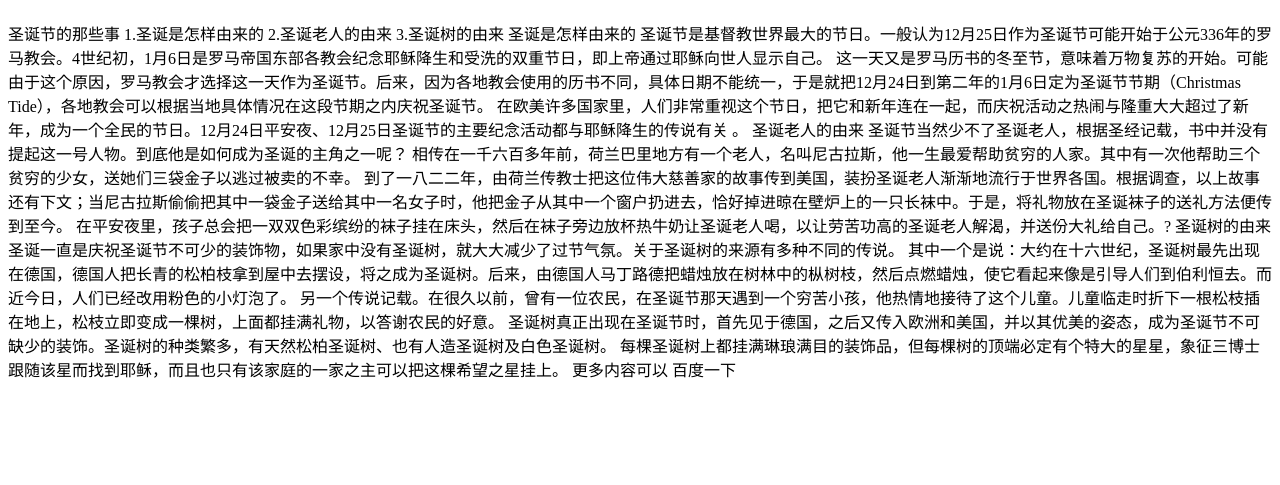
Repository: 129021/Front-end-learning
Page: 17-综合案例/demo.html
These files come from the project's save history. The page is drawn as it stood at one moment and after a run of saves; the edit follows.
The browser window is 1280 px wide. The pictures show the whole page.

Above is the page before, as saved 2021-10-15 16:44:20.

### 17-综合案例/demo.html
<!DOCTYPE html>
<html lang="en">

<head>
    <meta charset="UTF-8">
    <meta http-equiv="X-UA-Compatible" content="IE=edge">
    <meta name="viewport" content="width=device-width, initial-scale=1.0">
    <title>Document</title>
</head>

<body>
    <h1></h1>
    圣诞节的那些事 1.圣诞是怎样由来的 2.圣诞老人的由来 3.圣诞树的由来 圣诞是怎样由来的 圣诞节是基督教世界最大的节日。一般认为12月25日作为圣诞节可能开始于公元336年的罗马教会。4世纪初，1月6日是罗马帝国东部各教会纪念耶稣降生和受洗的双重节日，即上帝通过耶稣向世人显示自己。 这一天又是罗马历书的冬至节，意味着万物复苏的开始。可能由于这个原因，罗马教会才选择这一天作为圣诞节。后来，因为各地教会使用的历书不同，具体日期不能统一，于是就把12月24日到第二年的1月6日定为圣诞节节期（Christmas
    Tide），各地教会可以根据当地具体情况在这段节期之内庆祝圣诞节。 在欧美许多国家里，人们非常重视这个节日，把它和新年连在一起，而庆祝活动之热闹与隆重大大超过了新年，成为一个全民的节日。12月24日平安夜、12月25日圣诞节的主要纪念活动都与耶稣降生的传说有关 。 圣诞老人的由来 圣诞节当然少不了圣诞老人，根据圣经记载，书中并没有提起这一号人物。到底他是如何成为圣诞的主角之一呢？ 相传在一千六百多年前，荷兰巴里地方有一个老人，名叫尼古拉斯，他一生最爱帮助贫穷的人家。其中有一次他帮助三个贫穷的少女，送她们三袋金子以逃过被卖的不幸。
    到了一八二二年，由荷兰传教士把这位伟大慈善家的故事传到美国，装扮圣诞老人渐渐地流行于世界各国。根据调查，以上故事还有下文；当尼古拉斯偷偷把其中一袋金子送给其中一名女子时，他把金子从其中一个窗户扔进去，恰好掉进晾在壁炉上的一只长袜中。于是，将礼物放在圣诞袜子的送礼方法便传到至今。 在平安夜里，孩子总会把一双双色彩缤纷的袜子挂在床头，然后在袜子旁边放杯热牛奶让圣诞老人喝，以让劳苦功高的圣诞老人解渴，并送份大礼给自己。? 圣诞树的由来 圣诞一直是庆祝圣诞节不可少的装饰物，如果家中没有圣诞树，就大大减少了过节气氛。关于圣诞树的来源有多种不同的传说。
    其中一个是说：大约在十六世纪，圣诞树最先出现在德国，德国人把长青的松柏枝拿到屋中去摆设，将之成为圣诞树。后来，由德国人马丁路德把蜡烛放在树林中的枞树枝，然后点燃蜡烛，使它看起来像是引导人们到伯利恒去。而近今日，人们已经改用粉色的小灯泡了。 另一个传说记载。在很久以前，曾有一位农民，在圣诞节那天遇到一个穷苦小孩，他热情地接待了这个儿童。儿童临走时折下一根松枝插在地上，松枝立即变成一棵树，上面都挂满礼物，以答谢农民的好意。 圣诞树真正出现在圣诞节时，首先见于德国，之后又传入欧洲和美国，并以其优美的姿态，成为圣诞节不可缺少的装饰。圣诞树的种类繁多，有天然松柏圣诞树、也有人造圣诞树及白色圣诞树。
    每棵圣诞树上都挂满琳琅满目的装饰品，但每棵树的顶端必定有个特大的星星，象征三博士跟随该星而找到耶稣，而且也只有该家庭的一家之主可以把这棵希望之星挂上。 更多内容可以 百度一下
</body>

</html>

After the next 2 saves:
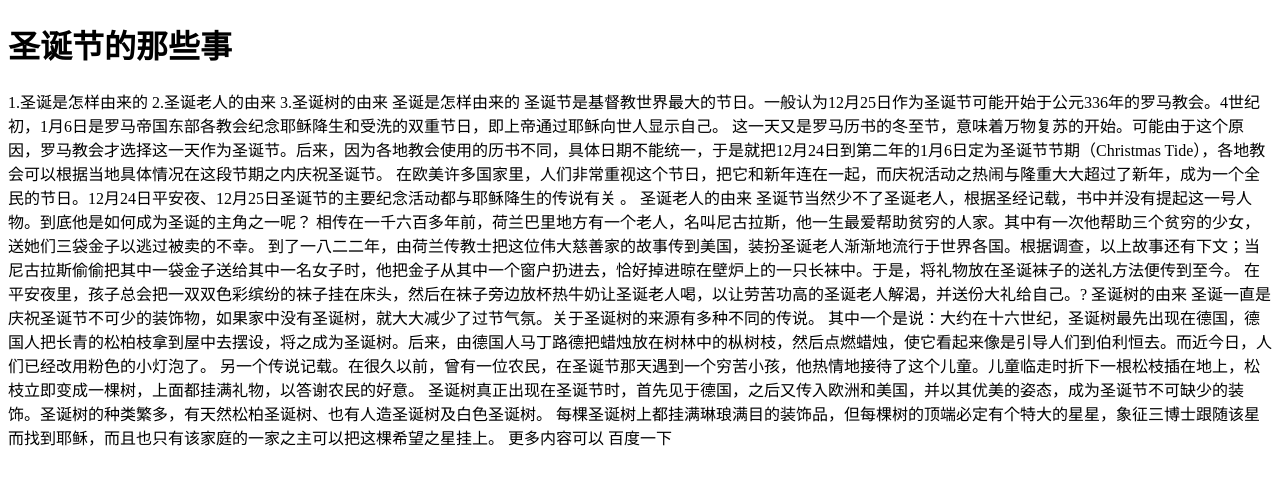
The 2 saves are shown as one change because they came seconds apart.
The last was saved 11 s later.
--- a/17-综合案例/demo.html
+++ b/17-综合案例/demo.html
@@ -9,12 +9,12 @@
 </head>
 
 <body>
-    <h1></h1>
-    圣诞节的那些事 1.圣诞是怎样由来的 2.圣诞老人的由来 3.圣诞树的由来 圣诞是怎样由来的 圣诞节是基督教世界最大的节日。一般认为12月25日作为圣诞节可能开始于公元336年的罗马教会。4世纪初，1月6日是罗马帝国东部各教会纪念耶稣降生和受洗的双重节日，即上帝通过耶稣向世人显示自己。 这一天又是罗马历书的冬至节，意味着万物复苏的开始。可能由于这个原因，罗马教会才选择这一天作为圣诞节。后来，因为各地教会使用的历书不同，具体日期不能统一，于是就把12月24日到第二年的1月6日定为圣诞节节期（Christmas
-    Tide），各地教会可以根据当地具体情况在这段节期之内庆祝圣诞节。 在欧美许多国家里，人们非常重视这个节日，把它和新年连在一起，而庆祝活动之热闹与隆重大大超过了新年，成为一个全民的节日。12月24日平安夜、12月25日圣诞节的主要纪念活动都与耶稣降生的传说有关 。 圣诞老人的由来 圣诞节当然少不了圣诞老人，根据圣经记载，书中并没有提起这一号人物。到底他是如何成为圣诞的主角之一呢？ 相传在一千六百多年前，荷兰巴里地方有一个老人，名叫尼古拉斯，他一生最爱帮助贫穷的人家。其中有一次他帮助三个贫穷的少女，送她们三袋金子以逃过被卖的不幸。
-    到了一八二二年，由荷兰传教士把这位伟大慈善家的故事传到美国，装扮圣诞老人渐渐地流行于世界各国。根据调查，以上故事还有下文；当尼古拉斯偷偷把其中一袋金子送给其中一名女子时，他把金子从其中一个窗户扔进去，恰好掉进晾在壁炉上的一只长袜中。于是，将礼物放在圣诞袜子的送礼方法便传到至今。 在平安夜里，孩子总会把一双双色彩缤纷的袜子挂在床头，然后在袜子旁边放杯热牛奶让圣诞老人喝，以让劳苦功高的圣诞老人解渴，并送份大礼给自己。? 圣诞树的由来 圣诞一直是庆祝圣诞节不可少的装饰物，如果家中没有圣诞树，就大大减少了过节气氛。关于圣诞树的来源有多种不同的传说。
-    其中一个是说：大约在十六世纪，圣诞树最先出现在德国，德国人把长青的松柏枝拿到屋中去摆设，将之成为圣诞树。后来，由德国人马丁路德把蜡烛放在树林中的枞树枝，然后点燃蜡烛，使它看起来像是引导人们到伯利恒去。而近今日，人们已经改用粉色的小灯泡了。 另一个传说记载。在很久以前，曾有一位农民，在圣诞节那天遇到一个穷苦小孩，他热情地接待了这个儿童。儿童临走时折下一根松枝插在地上，松枝立即变成一棵树，上面都挂满礼物，以答谢农民的好意。 圣诞树真正出现在圣诞节时，首先见于德国，之后又传入欧洲和美国，并以其优美的姿态，成为圣诞节不可缺少的装饰。圣诞树的种类繁多，有天然松柏圣诞树、也有人造圣诞树及白色圣诞树。
-    每棵圣诞树上都挂满琳琅满目的装饰品，但每棵树的顶端必定有个特大的星星，象征三博士跟随该星而找到耶稣，而且也只有该家庭的一家之主可以把这棵希望之星挂上。 更多内容可以 百度一下
+    <h1>圣诞节的那些事</h1>
+    1.圣诞是怎样由来的 2.圣诞老人的由来 3.圣诞树的由来 圣诞是怎样由来的 圣诞节是基督教世界最大的节日。一般认为12月25日作为圣诞节可能开始于公元336年的罗马教会。4世纪初，1月6日是罗马帝国东部各教会纪念耶稣降生和受洗的双重节日，即上帝通过耶稣向世人显示自己。 这一天又是罗马历书的冬至节，意味着万物复苏的开始。可能由于这个原因，罗马教会才选择这一天作为圣诞节。后来，因为各地教会使用的历书不同，具体日期不能统一，于是就把12月24日到第二年的1月6日定为圣诞节节期（Christmas Tide），各地教会可以根据当地具体情况在这段节期之内庆祝圣诞节。
+    在欧美许多国家里，人们非常重视这个节日，把它和新年连在一起，而庆祝活动之热闹与隆重大大超过了新年，成为一个全民的节日。12月24日平安夜、12月25日圣诞节的主要纪念活动都与耶稣降生的传说有关 。 圣诞老人的由来 圣诞节当然少不了圣诞老人，根据圣经记载，书中并没有提起这一号人物。到底他是如何成为圣诞的主角之一呢？ 相传在一千六百多年前，荷兰巴里地方有一个老人，名叫尼古拉斯，他一生最爱帮助贫穷的人家。其中有一次他帮助三个贫穷的少女，送她们三袋金子以逃过被卖的不幸。 到了一八二二年，由荷兰传教士把这位伟大慈善家的故事传到美国，装扮圣诞老人渐渐地流行于世界各国。根据调查，以上故事还有下文；当尼古拉斯偷偷把其中一袋金子送给其中一名女子时，他把金子从其中一个窗户扔进去，恰好掉进晾在壁炉上的一只长袜中。于是，将礼物放在圣诞袜子的送礼方法便传到至今。
+    在平安夜里，孩子总会把一双双色彩缤纷的袜子挂在床头，然后在袜子旁边放杯热牛奶让圣诞老人喝，以让劳苦功高的圣诞老人解渴，并送份大礼给自己。? 圣诞树的由来 圣诞一直是庆祝圣诞节不可少的装饰物，如果家中没有圣诞树，就大大减少了过节气氛。关于圣诞树的来源有多种不同的传说。 其中一个是说：大约在十六世纪，圣诞树最先出现在德国，德国人把长青的松柏枝拿到屋中去摆设，将之成为圣诞树。后来，由德国人马丁路德把蜡烛放在树林中的枞树枝，然后点燃蜡烛，使它看起来像是引导人们到伯利恒去。而近今日，人们已经改用粉色的小灯泡了。
+    另一个传说记载。在很久以前，曾有一位农民，在圣诞节那天遇到一个穷苦小孩，他热情地接待了这个儿童。儿童临走时折下一根松枝插在地上，松枝立即变成一棵树，上面都挂满礼物，以答谢农民的好意。 圣诞树真正出现在圣诞节时，首先见于德国，之后又传入欧洲和美国，并以其优美的姿态，成为圣诞节不可缺少的装饰。圣诞树的种类繁多，有天然松柏圣诞树、也有人造圣诞树及白色圣诞树。 每棵圣诞树上都挂满琳琅满目的装饰品，但每棵树的顶端必定有个特大的星星，象征三博士跟随该星而找到耶稣，而且也只有该家庭的一家之主可以把这棵希望之星挂上。
+    更多内容可以 百度一下
 </body>
 
 </html>
